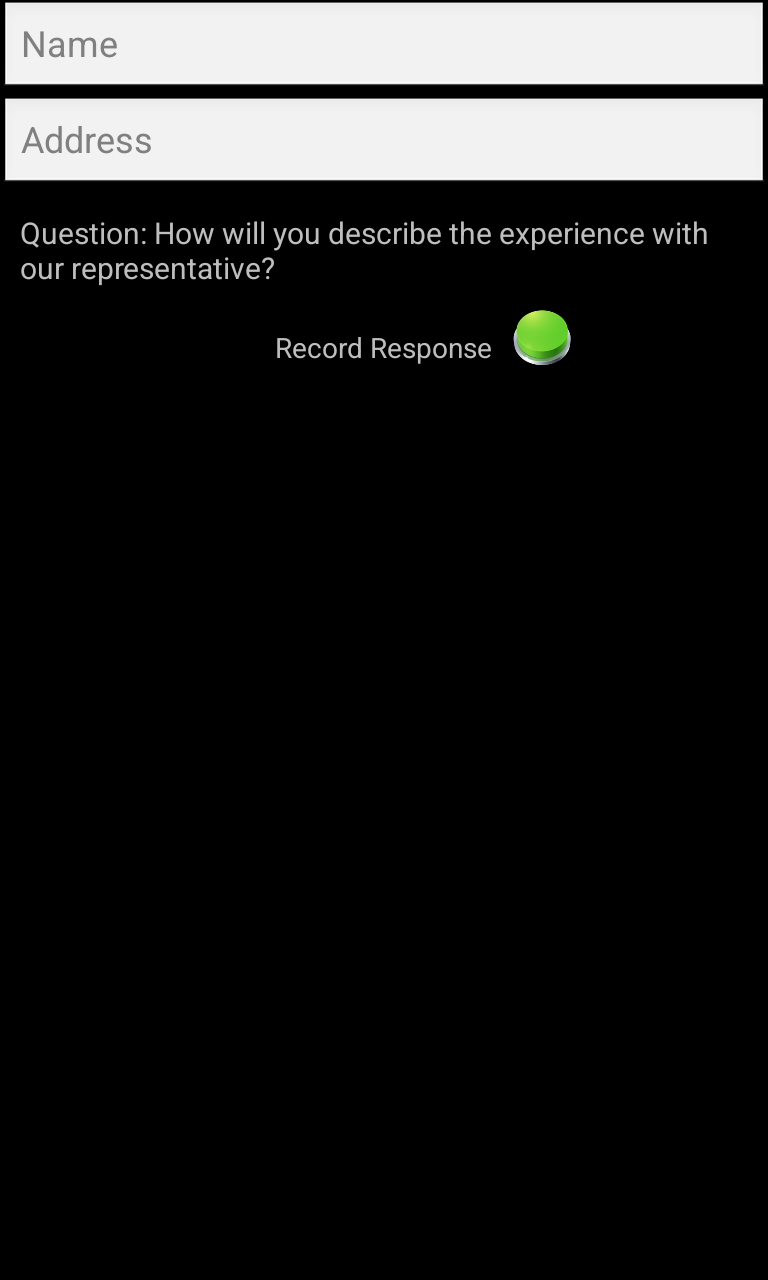
Repository: Anmol92verma/SurveyApp
Layout: SoundServey/res/layout/activity_main.xml
These files come from the project's save history. The layout is drawn as it stood at one moment and after the next save; the edit follows.
It is drawn on a 768 x 1280 px phone screen (xhdpi) without system bars, with theme android:Theme.Black; the app's code is not run.

Above is the layout before, as saved 2015-02-21 16:49:28.

### SoundServey/res/layout/activity_main.xml
<RelativeLayout xmlns:android="http://schemas.android.com/apk/res/android"
    xmlns:tools="http://schemas.android.com/tools"
    android:layout_width="match_parent"
    android:layout_height="match_parent" >

    <ScrollView
        android:id="@+id/scrollView1"
        android:layout_width="match_parent"
        android:layout_height="wrap_content" >

        <LinearLayout
            android:layout_width="match_parent"
            android:layout_height="wrap_content"
            android:orientation="vertical" >

            <EditText
                android:id="@+id/edittext_name"
                android:layout_width="match_parent"
                android:layout_height="wrap_content"
                android:hint="@string/string_name" />

            <EditText
                android:id="@+id/edittext_address"
                android:layout_width="match_parent"
                android:layout_height="wrap_content"
                android:hint="@string/string_address" />

            <TextView
                android:id="@+id/textview_question"
                android:layout_width="wrap_content"
                android:layout_height="wrap_content"
                android:padding="@dimen/dimen_paddingtext"
                android:text="@string/string_question"
                android:textSize="@dimen/dimen_sizetext" />

            <RelativeLayout
                android:layout_width="match_parent"
                android:layout_height="wrap_content" >

                <TextView
                    android:id="@+id/textview_recording"
                    android:layout_width="wrap_content"
                    android:layout_height="wrap_content"
                    android:layout_centerHorizontal="true"
                    android:layout_centerVertical="true"
                    android:padding="@dimen/dimen_paddingtext"
                    android:text="@string/string_recording" />

                <ImageView
                    android:id="@+id/imageview_recorder"
                    android:layout_width="@dimen/dimen_size_recorded"
                    android:layout_height="@dimen/dimen_size_recorded"
                    android:layout_toRightOf="@+id/textview_recording"
                    android:contentDescription="@null"
                    android:src="@drawable/start" />
            </RelativeLayout>
        </LinearLayout>
    </ScrollView>

</RelativeLayout>

### SoundServey/res/values/strings.xml
<?xml version="1.0" encoding="utf-8"?>
<resources>

    <string name="app_name">SoundSer</string>
    <string name="string_name">Name</string>
    <string name="string_address">Address</string>
    <string name="string_question">Question: How will you describe the experience with our representative?</string>
    <string name="string_recording">Record Response</string>

</resources>

### SoundServey/res/values/dimens.xml
<?xml version="1.0" encoding="utf-8"?>
<resources>
    <dimen name="dimen_paddingtext">10dp</dimen>
    <dimen name="dimen_sizetext">15dp</dimen>
    <dimen name="dimen_size_recorded">30dp</dimen>
</resources>

After the next save:
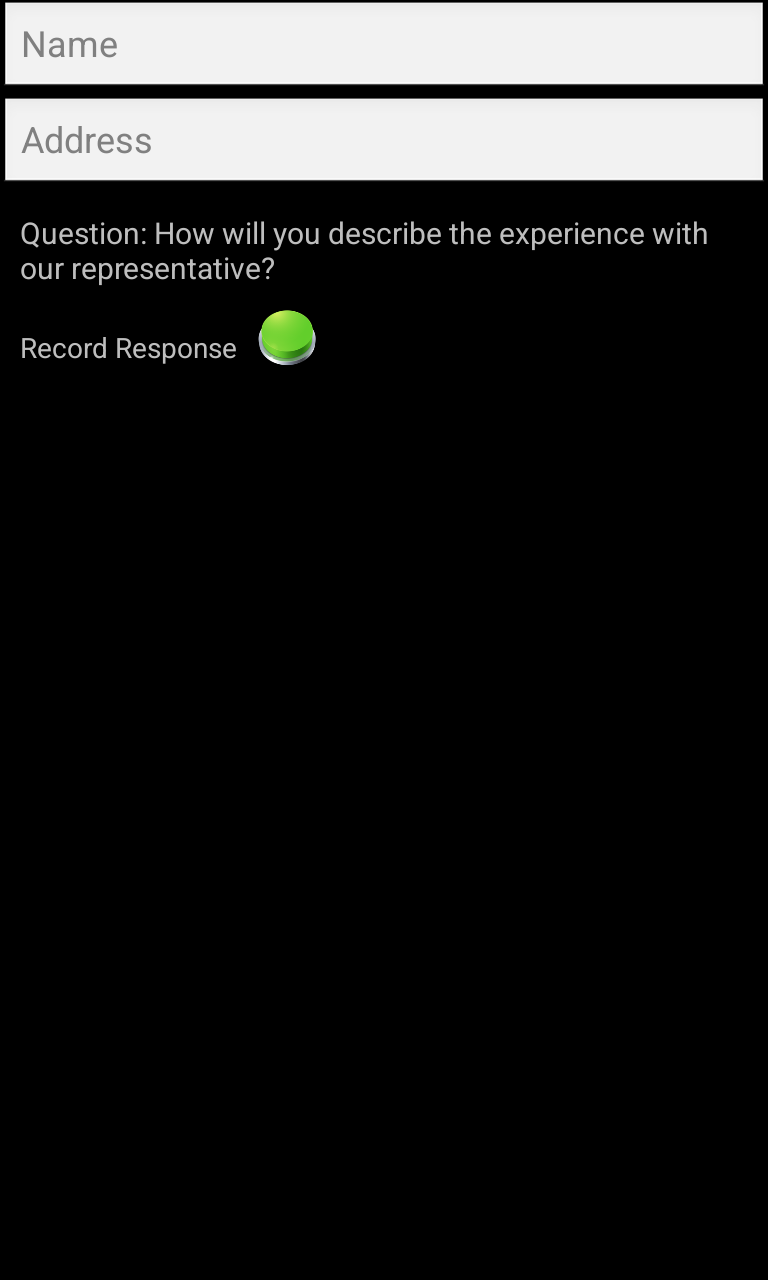
Saved 8 s later.
--- a/SoundServey/res/layout/activity_main.xml
+++ b/SoundServey/res/layout/activity_main.xml
@@ -41,7 +41,6 @@
                     android:id="@+id/textview_recording"
                     android:layout_width="wrap_content"
                     android:layout_height="wrap_content"
-                    android:layout_centerHorizontal="true"
                     android:layout_centerVertical="true"
                     android:padding="@dimen/dimen_paddingtext"
                     android:text="@string/string_recording" />
